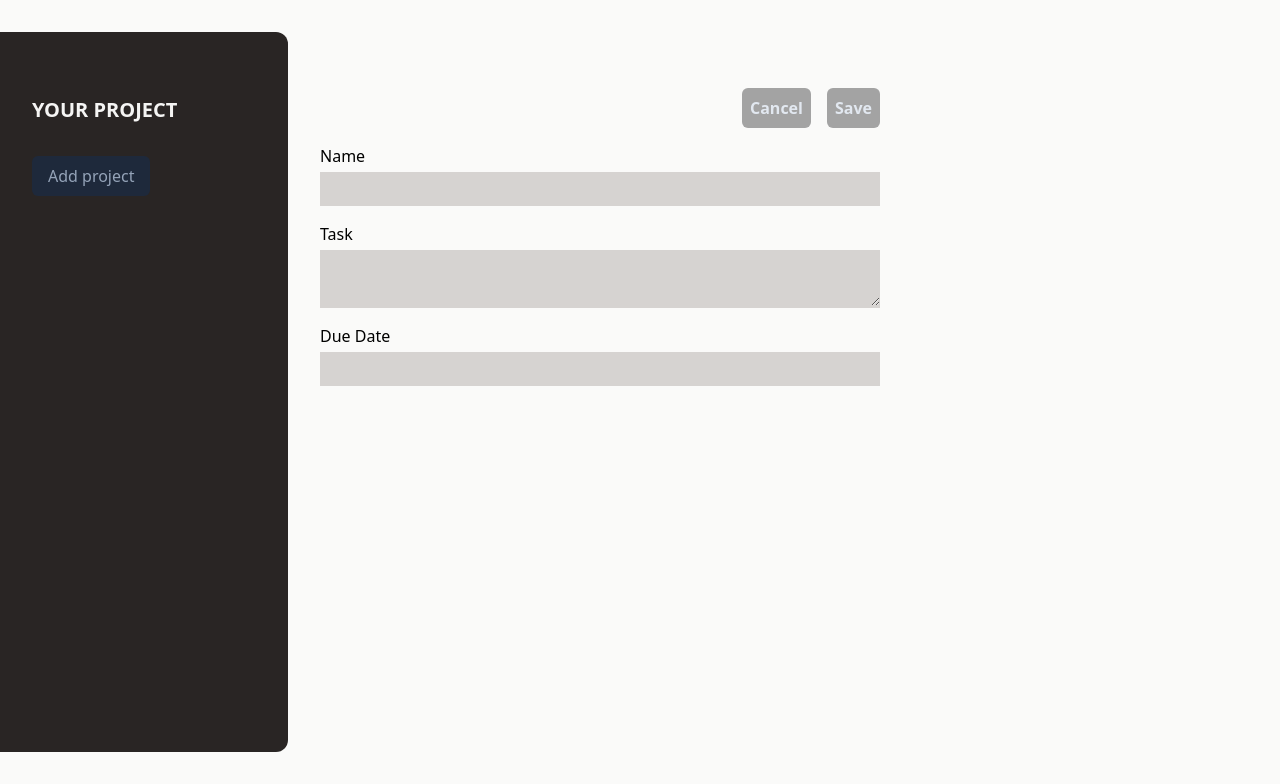
Repository: sibi24sibi/todo-list-using-reactjs
Page: /
The author's editor kept a copy of each file at every save. The page is drawn from the files as they stood at one save, then again after the next save.
The browser window is 1280 px wide. The pictures show the whole page.
The project was rebuilt for these pictures with package versions that can differ from the ones it lists, and the page was loaded fresh each time. Also part of the build but not shown: vite.config.js.

Above is the page before, as saved 2024-06-24 12:20:15.

### src/App.jsx
import NewPoject from "./assets/Components/Input/NewProjects";
import SideBar from "./assets/Components/SideBar/SideBar";

function App() {
  return (
    <>
      <main className="h-screen my-8 flex gap-8">
        <SideBar />
        <NewPoject />
      </main>
    </>
  );
}

export default App;

### src/assets/Components/Input/NewProjects.jsx
import Input from "./Input";

export default function NewPoject() {
  return (
    <div className=" w-[35rem] mt-10">
      <menu className="flex items-center justify-end  gap-4 my-4">
        <li>
          <button className="p-2 bg-neutral-400 font-semibold text-slate-200 rounded-md   hover:text-slate-800 hover:bg-red-400 ">
            Cancel
          </button>
        </li>
        <li>
          <button className="p-2 bg-neutral-400 font-semibold text-slate-200 rounded-md hover:text-slate-500 hover:bg-lime-400">
            Save
          </button>
        </li>
      </menu>
      <div>
        <Input label="Name" textarea={false} />
        <Input label="Task" textarea />
        <Input label="Due Date" textarea={false} />
      </div>
    </div>
  );
}

### src/assets/Components/SideBar/SideBar.jsx
export default function SideBar() {
  return (
    <aside className="w-1/3 px-8 py-16 bg-stone-800 text-stone-50 md:w-72 rounded-r-xl">
      <h2 className="mb-8 font-bold uppercase md:text-xl text-stone-100">
        your project
      </h2>
      <div>
        <button className="px-4 py-2 text-slate-400 hover:text-slate-900 md:text-base rounded-md bg-slate-800 hover:bg-slate-400">
          Add project
        </button>
      </div>
      <ul></ul>
    </aside>
  );
}

### src/assets/Components/Input/Input.jsx
export default function Input({ label, textarea, ...props }) {
  const inputClasses =
    "text-stone-600 focus:outline-none focus:border-stone-600 w-full p-1 border-b-2 border-stone-300  bg-stone-300";
  return (
    <div className="flex flex-col gap-1 my-4  ">
      <label className="font-normal">{label}</label>
      {textarea ? (
        <textarea className={inputClasses} {...props}></textarea>
      ) : (
        <input className={inputClasses} {...props}></input>
      )}
    </div>
  );
}

Loaded but not shown: index.html (common file); src/main.jsx (common file); src/index.css (common file); tailwind.config.js (common file)

After the next save:
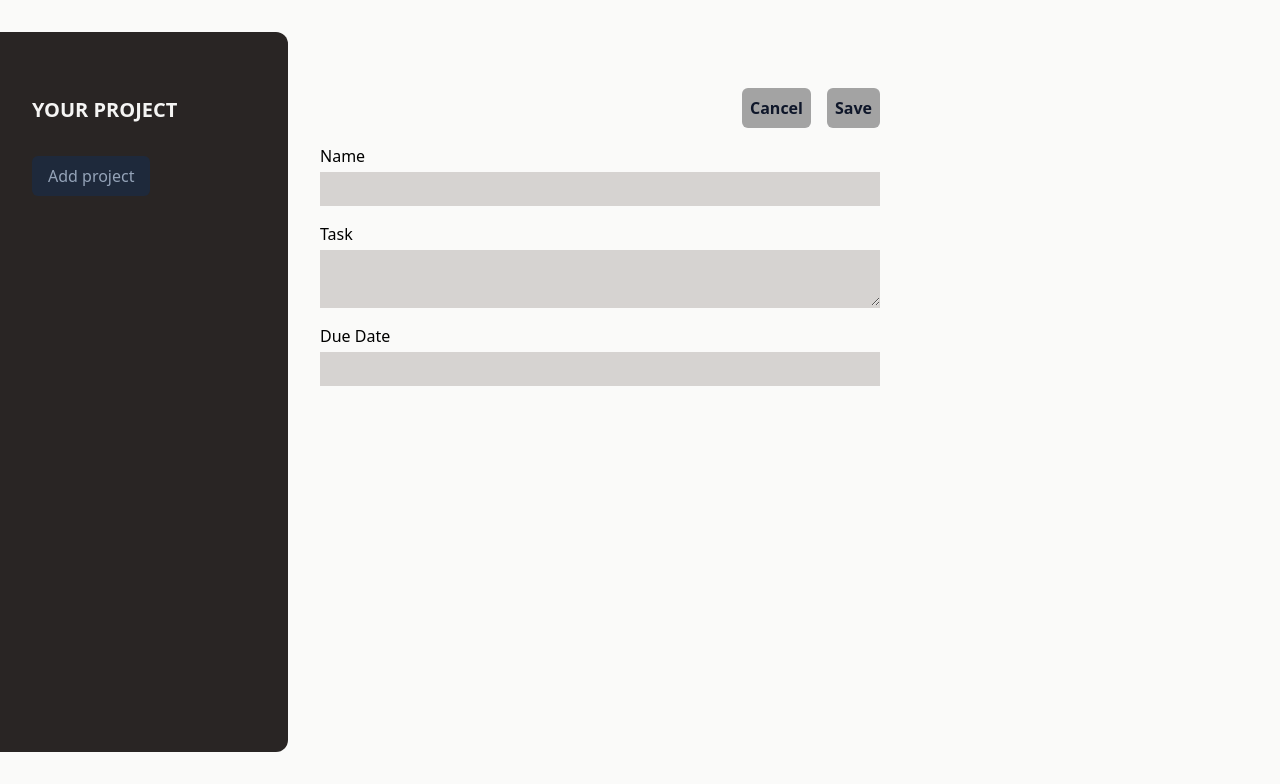
Saved 92 s later.
--- a/src/assets/Components/Input/NewProjects.jsx
+++ b/src/assets/Components/Input/NewProjects.jsx
@@ -5,12 +5,12 @@ export default function NewPoject() {
     <div className=" w-[35rem] mt-10">
       <menu className="flex items-center justify-end  gap-4 my-4">
         <li>
-          <button className="p-2 bg-neutral-400 font-semibold text-slate-200 rounded-md   hover:text-slate-800 hover:bg-red-400 ">
+          <button className="p-2 bg-neutral-400 font-semibold text-slate-900 rounded-md   hover:text-slate-800 hover:bg-red-400 ">
             Cancel
           </button>
         </li>
         <li>
-          <button className="p-2 bg-neutral-400 font-semibold text-slate-200 rounded-md hover:text-slate-500 hover:bg-lime-400">
+          <button className="p-2 bg-neutral-400 font-semibold text-slate-900 rounded-md hover:text-slate-500 hover:bg-lime-400">
             Save
           </button>
         </li>
